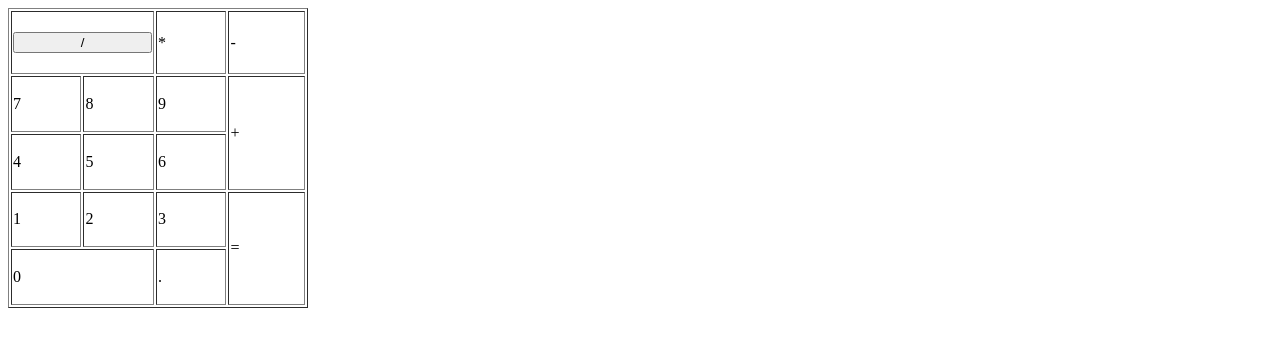
Repository: trapezer84/JSP
Page: http://localhost/AB_WebCalc/
An editor plug-in stored every save of this project. The page is shown before and after the next save, followed by the edit.
The browser window is 1280 px wide. The pictures show the whole page.
The page is served by Tomcat 9. Other server files are loaded and not shown.

Above is the page before, as saved 2016-02-02 02:14:12.

### AB_WebCalc/WebContent/index.jsp
<%@ page language="java" contentType="text/html; charset=UTF-8"
    pageEncoding="UTF-8"%>
<!DOCTYPE html PUBLIC "-//W3C//DTD HTML 4.01 Transitional//EN" "http://www.w3.org/TR/html4/loose.dtd">
<html>
<head>
<meta http-equiv="Content-Type" content="text/html; charset=UTF-8">
<title>Insert title here</title>
</head>
<body>
	<table border="1" width="300" height="300">
		<tr>
			<td colspan="2"><input type="button" id="division" value="/" style="width:100%;, height:100%;" ></td>
			<td>*</td>
			<td>-</td>
		</tr>
		<tr>
			<td>7</td>
			<td>8</td>
			<td>9</td>
			<td rowspan="2">+</td>
		</tr>
		<tr>
			<td>4</td>
			<td>5</td>
			<td>6</td>
		</tr>
		<tr>
			<td>1</td>
			<td>2</td>
			<td>3</td>
			<td rowspan="2">=</td>
		</tr>
		<tr>
			<td colspan="2">0</td>
			<td>.</td>
		</tr>
	</table>
</body>
</html>

After the next save:
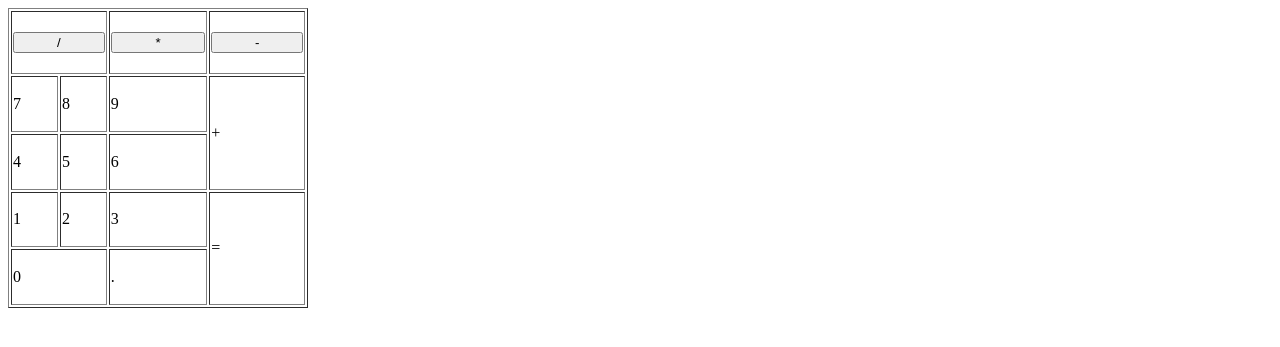
Saved 41 s later.
--- a/AB_WebCalc/WebContent/index.jsp
+++ b/AB_WebCalc/WebContent/index.jsp
@@ -9,9 +9,9 @@
 <body>
 	<table border="1" width="300" height="300">
 		<tr>
-			<td colspan="2"><input type="button" id="division" value="/" style="width:100%;, height:100%;" ></td>
-			<td>*</td>
-			<td>-</td>
+			<td colspan="2"><input type="button" id="division" value="/" style="width:100%;, height:100%;" /></td>
+			<td><input type="button" id="miltiplication" value="*" style="width:100%;, height:100%;" /></td>
+			<td><input type="button" id="subplication" value="-" style="width:100%;, height:100%;" /></td>
 		</tr>
 		<tr>
 			<td>7</td>
